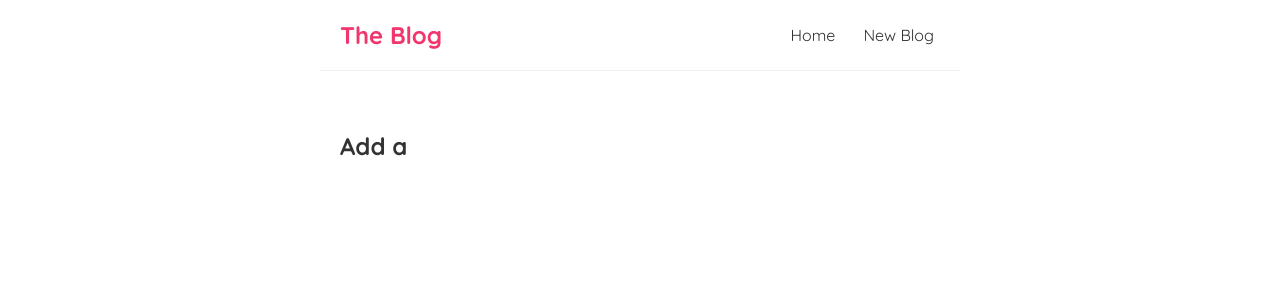
Repository: castilla-aurela/react-blog
Page: /create
The author's editor kept a copy of each file at every save. The page is drawn from the files as they stood at one save, then again after a run of saves.
The browser window is 1280 px wide. The pictures show the whole page.
The project was rebuilt for these pictures with package versions that can differ from the ones it lists, and the page was loaded fresh each time. Also part of the build but not shown: src/BlogList.js, src/useFetch.js, src/Home.js, src/BlogDetails.js.

Above is the page before, as saved 2022-02-28 20:38:00.

After the next 3 saves:
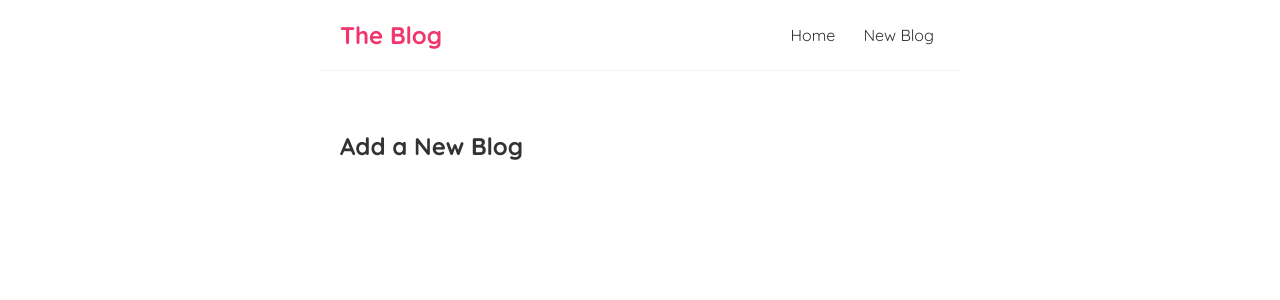
The 3 saves are shown as one change because they came seconds apart.
The last was saved 17 h 41 min later.
--- a/src/Create.js
+++ b/src/Create.js
@@ -1,7 +1,8 @@
 const Create = () => {
     return (
         <div className="create">
-            <h2>Add a </h2>
+            <h2>Add a New Blog</h2>
+            <form action=""></form>
         </div>
     );
 }
